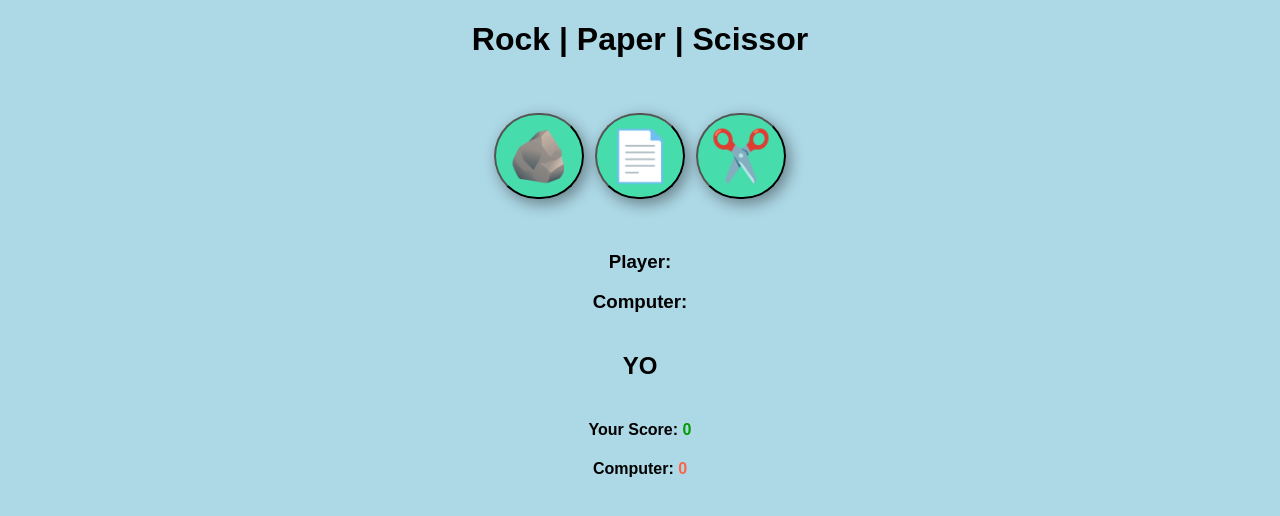
Repository: SakthivelDurai47/Rock-Paper-Sissors
Page: index.html
These files come from the project's save history. The page is drawn as it stood at one moment and after the next save; the edit follows.
The browser window is 1280 px wide. The pictures show the whole page.

Above is the page before, as saved 2025-04-14 23:16:06.

### index.html
<!DOCTYPE html>
<html lang="en">
  <head>
    <meta charset="UTF-8" />
    <meta name="viewport" content="width=device-width, initial-scale=1.0" />
    <title>Rock, Paper, Scissor</title>
    <meta name="aurthor" content="Sakthivel Durai S" />
    <link rel="stylesheet" href="styles.css" />
  </head>
  <body>
    <h1>Rock | Paper | Scissor</h1>
    <div id="choice">
      <button onclick="playGame('Rock')">🪨</button>
      <button onclick="playGame('Paper')">📄</button>
      <button onclick="playGame('Scissor')">✂️</button>
    </div>
    <div id="info">
      <h3 id="playerInfo">Player:</h3>
      <h3 id="computerInfo">Computer:</h3>
    </div>
    <h2 id="result">YO</h2>
    <div id="scores">
      <h4>Your Score: <span id="scorePlr">0</span></h4>
      <h4>Computer: <span id="scoreCum">0</span></h4>
    </div>
    <script src="index.js"></script>
  </body>
</html>

### styles.css
body {
  margin: 0;
  font-family: Arial, sans-serif;
  display: flex;
  flex-direction: column;
  align-items: center;
  text-align: center;
  background-color: lightblue;
}
#choice {
  margin: 30px;
}
button {
  border-radius: 300px;
  font-size: 50px;
  padding: 12px;
  margin: 3px;
  background-color: hsla(160, 70%, 55%, 0.9);
  box-shadow: 4px 5px 15px rgba(0, 3, 3, 0.4);
  transition: background-color 0.5s ease;
  cursor: pointer;
}
button:hover {
  background-color: turquoise;
  scale: 110%;
}

#scorePlr {
  color: rgb(0, 156, 0);
}

#scoreCum {
  color: tomato;
}
.greenText {
  color: rgb(0, 156, 0);
}
.redText {
  color: tomato;
}

### index.js
const choices = ["Rock", "Paper", "Scissor"];
const playerInfo = document.getElementById("playerInfo");
const computerInfo = document.getElementById("computerInfo");
const result = document.getElementById("result");
const scoreCom = document.getElementById("scoreCum");
const scorePlr = document.getElementById("scorePlr");
let playerScore = 0;
let computerScore = 0;

function playGame(playerChoice) {
  const computerChoice = choices[Math.floor(Math.random() * 3)];
  let results = "";
  console.log(computerChoice);

  if (playerChoice === computerChoice) {
    results = "It's a Tie";
  } else {
    switch (playerChoice) {
      case "Rock":
        results = computerChoice === "Scissor" ? "You Win!" : "You Lose!";
        break;
      case "Paper":
        results = computerChoice === "Rock" ? "You Win!" : "You Lose!";
        break;
      case "Scissor":
        results = computerChoice === "Paper" ? "You Win!" : "You Lose!";
        break;
    }
  }
  result.classList.remove("greenText", "redText");
  playerInfo.textContent = `Player: ${playerChoice}`;
  computerInfo.textContent = `Computer: ${computerChoice}`;
  result.textContent = results;

  if (results === "You Win!") {
    playerScore++;
    result.classList.add("greenText");
  } else if (results === "You Lose!") {
    computerScore++;
    result.classList.add("redText");
  }
  scoreCom.innerText = computerScore;
  scorePlr.innerText = playerScore;
}

After the next save:
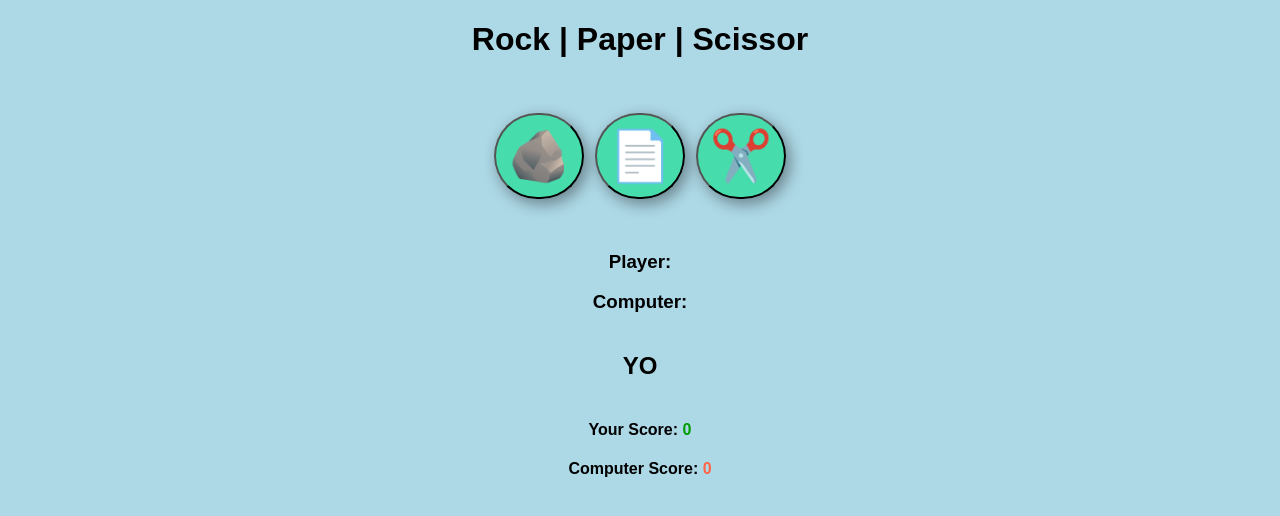
Saved 6 s later.
--- a/index.html
+++ b/index.html
@@ -21,7 +21,7 @@
     <h2 id="result">YO</h2>
     <div id="scores">
       <h4>Your Score: <span id="scorePlr">0</span></h4>
-      <h4>Computer: <span id="scoreCum">0</span></h4>
+      <h4>Computer Score: <span id="scoreCum">0</span></h4>
     </div>
     <script src="index.js"></script>
   </body>
